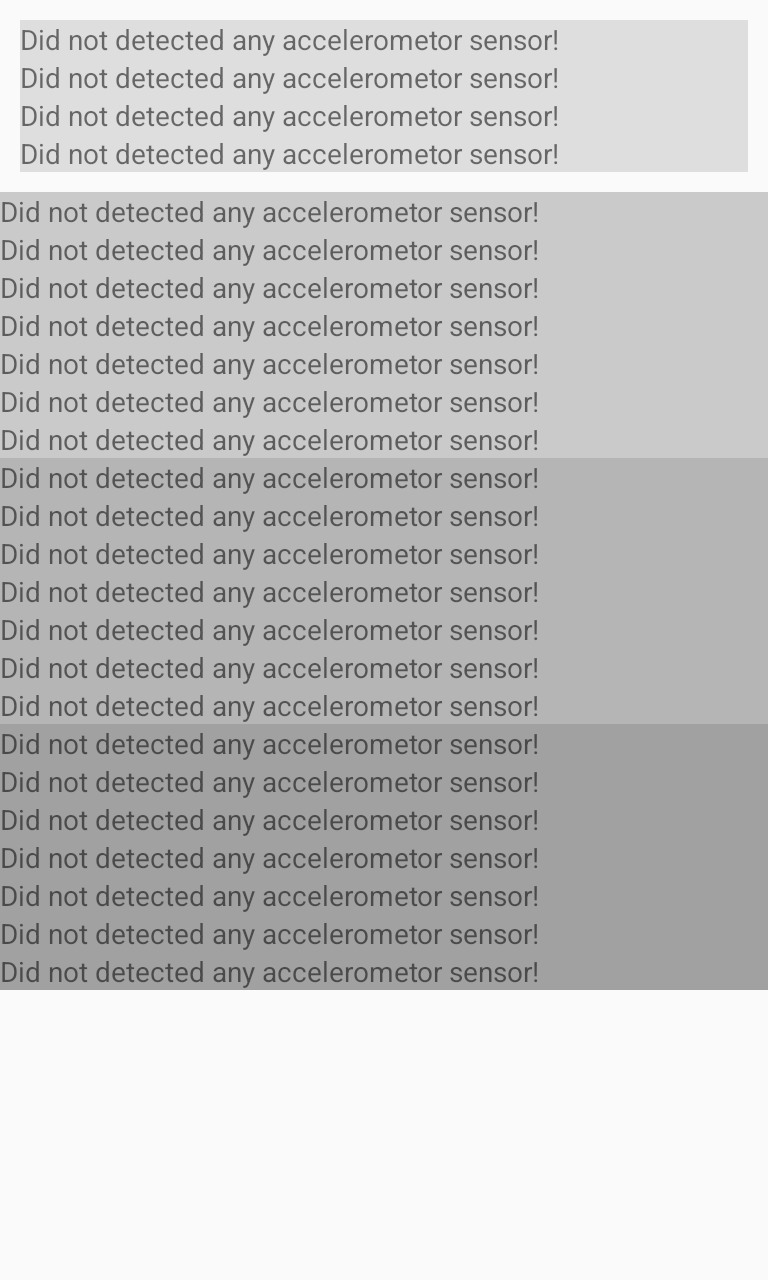
Repository: deyan-yosifov/Android
Layout: Workspace/BouncingBallGame/res/layout/activity_accelerometer_monitor.xml
An editor plug-in stored every save of this project. The layout is shown before and after the next save, followed by the edit.
It is drawn on a 768 x 1280 px phone screen (xhdpi) without system bars, with theme AppTheme; the app's code is not run.

Above is the layout before, as saved 2015-01-04 12:03:42.

After the next save:
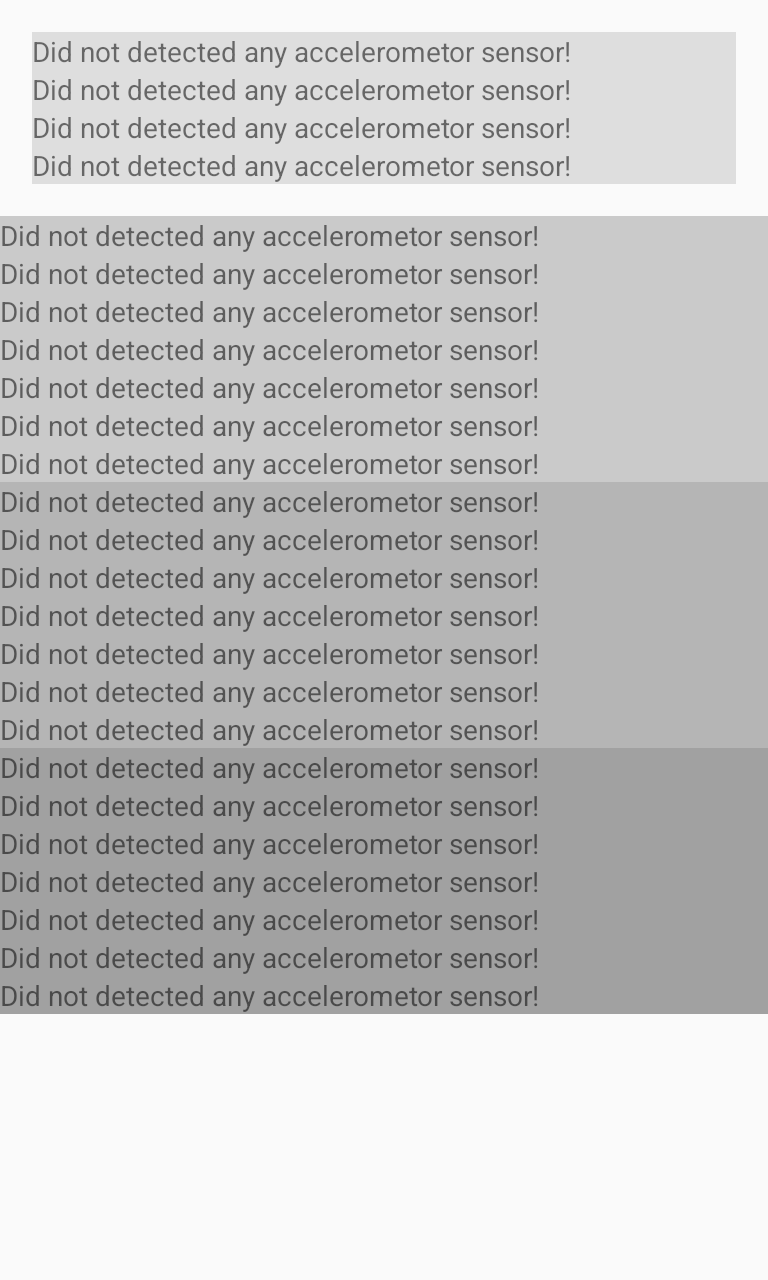
Saved 22 s later.
--- a/Workspace/BouncingBallGame/res/layout/activity_accelerometer_monitor.xml
+++ b/Workspace/BouncingBallGame/res/layout/activity_accelerometer_monitor.xml
@@ -11,7 +11,7 @@
 		<LinearLayout
 		    android:layout_width="fill_parent"
 	        android:layout_height="wrap_content"
-	        android:layout_margin="10dp"
+	        android:layout_margin="@dimen/activity_vertical_margin"
 	        android:orientation="vertical"
 	        android:id="@+id/acceleromatorValues"
 	        android:background="#99cccccc"
